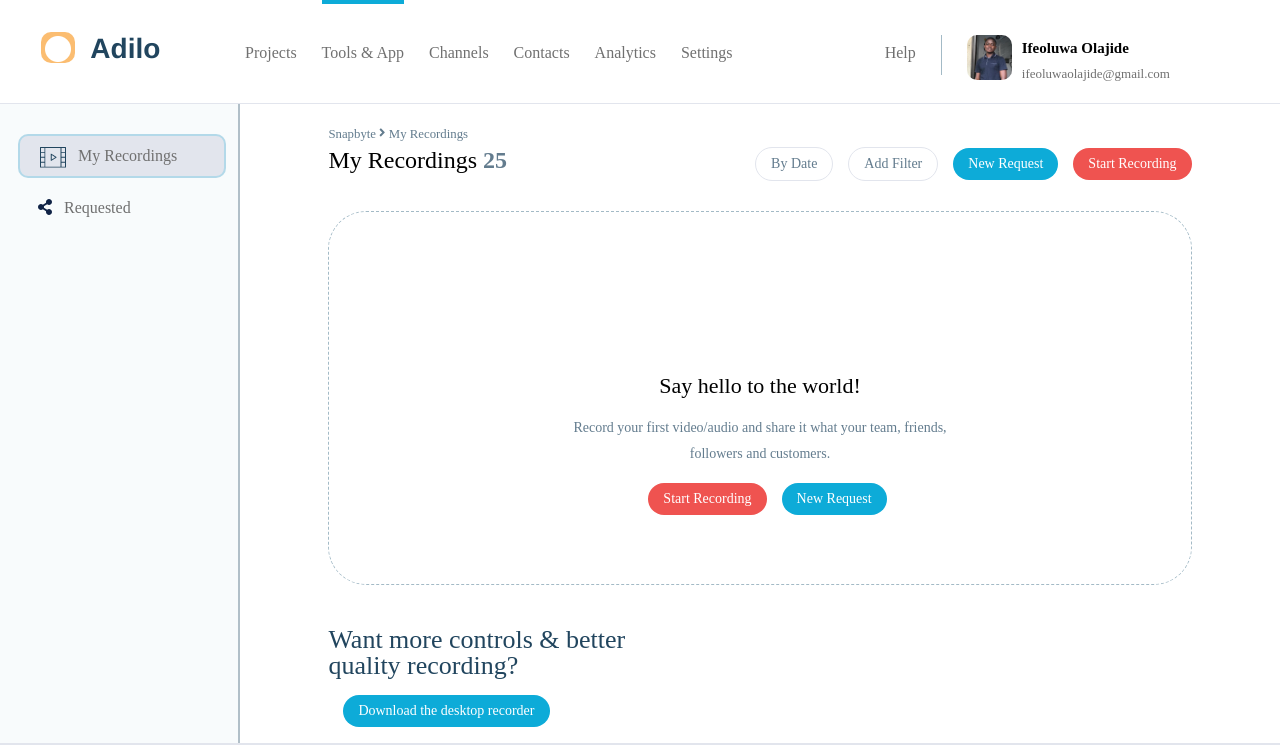
Repository: olhighjay/video_recorder
Page: /
The author's editor kept a copy of each file at every save. The page is drawn from the files as they stood at one save, then again after the next save.
The browser window is 1280 px wide. The pictures show the whole page.
Some web libraries are served in a nearby version. The project was rebuilt for these pictures with package versions that can differ from the ones it lists, and the page was loaded fresh each time. Also part of the build but not shown: vue.config.js.

Above is the page before, as saved 2022-07-29 05:45:15.

### public/index.html
<!DOCTYPE html>
<html lang="">
  <head>
    <meta charset="utf-8">
    <meta http-equiv="X-UA-Compatible" content="IE=edge">
    <meta name="viewport" content="width=device-width,initial-scale=1.0">
    <link rel="icon" href="<%= BASE_URL %>favicon.ico">
    <title><%= htmlWebpackPlugin.options.title %></title>
    <link rel="stylesheet" href="https://cdn.jsdelivr.net/npm/bootstrap@4.0.0/dist/css/bootstrap.min.css" integrity="sha384-Gn5384xqQ1aoWXA+058RXPxPg6fy4IWvTNh0E263XmFcJlSAwiGgFAW/dAiS6JXm" crossorigin="anonymous">
    <link rel="stylesheet" href="https://cdnjs.cloudflare.com/ajax/libs/font-awesome/5.1.0/css/all.css" integrity="sha512-ajhUYg8JAATDFejqbeN7KbF2zyPbbqz04dgOLyGcYEk/MJD3V+HJhJLKvJ2VVlqrr4PwHeGTTWxbI+8teA7snw==" crossorigin="anonymous" referrerpolicy="no-referrer" />
  </head>
  <body>
    <noscript>
      <strong>We're sorry but <%= htmlWebpackPlugin.options.title %> doesn't work properly without JavaScript enabled. Please enable it to continue.</strong>
    </noscript>
    <div id="app"></div>
    <!-- built files will be auto injected -->

    <script src="https://cdnjs.cloudflare.com/ajax/libs/font-awesome/5.1.0/js/all.js" integrity="sha512-vn7pO1RiR0IT5T9K+USTmMfkTaecOtFtCCV0JvT+j8ZPBujq6C3P5J2sHttG7D41pBPqLCih+7lIXamnFodtUw==" crossorigin="anonymous" referrerpolicy="no-referrer"></script>
    <script src="https://code.jquery.com/jquery-3.2.1.slim.min.js" integrity="sha384-KJ3o2DKtIkvYIK3UENzmM7KCkRr/rE9/Qpg6aAZGJwFDMVNA/GpGFF93hXpG5KkN" crossorigin="anonymous"></script>
<script src="https://cdn.jsdelivr.net/npm/popper.js@1.12.9/dist/umd/popper.min.js" integrity="sha384-ApNbgh9B+Y1QKtv3Rn7W3mgPxhU9K/ScQsAP7hUibX39j7fakFPskvXusvfa0b4Q" crossorigin="anonymous"></script>
<script src="https://cdn.jsdelivr.net/npm/bootstrap@4.0.0/dist/js/bootstrap.min.js" integrity="sha384-JZR6Spejh4U02d8jOt6vLEHfe/JQGiRRSQQxSfFWpi1MquVdAyjUar5+76PVCmYl" crossorigin="anonymous"></script>
  </body>
</html>

### src/App.vue
<template>
  <!-- <img alt="Vue logo" src="./assets/logo.png"> -->
  <div>
    <navbar></navbar>
    <div id="main-flex">
      <div class="my-sidebar">
        <ul class="my-sidebar-items">
            <li class="sidebar-item-active"> <img src="./assets/video-player.png" alt=""> &nbsp; My Recordings</li>
            <li> <i class="fa fa-share-alt" style="color:#102346"></i> &nbsp; Requested</li>
        </ul>
      </div>
        <div class="my-main">
          <div class="my-main-container">
            <div><small class="breadcrumbs">Snapbyte <i class="fa fa-angle-right" style="font-weight:200"></i> My Recordings</small></div>
            <div class="subheading-tab">
              <div> <span class="my-recordings">My Recordings </span><span class="my-recordings-count">25</span> </div>
              <div>
                <button class="sub-heading-btn white-btn">By Date</button>
                <button class="sub-heading-btn white-btn">Add Filter</button>
                <button class="sub-heading-btn blue-btn">New Request</button>
                <button class="sub-heading-btn red-btn">Start Recording</button>
              </div>
            </div>
            <div style="border: 1px dashed #A3BAC6; margin-top:30px;
border-radius: 38px;
opacity: 1; padding-top:105.9px; padding-bottom:68.5px">
              <p style="color: #000; font-size: 22px; text-align:center; font-weight:medium; margin-top:56px">Say hello to the world!</p>
              <p style="color: #637C8E; font-size: 14px; text-align:center;">Record your first video/audio and share it what your team, friends, <br />followers and customers.</p>
              <div class="text-center">
                <button class="sub-heading-btn red-btn">Start Recording</button>
                <button class="sub-heading-btn blue-btn">New Request</button>
              </div>
            </div>
            <div class="footer" style="margin-top:42px; margin-bottom: ">
              <div>

              </div>
              <div>
                <p style="font-size: 26px; color:#21455E">Want more controls & better <br />quality recording?</p>
                <button class="sub-heading-btn blue-btn">Download the desktop recorder</button>
              </div>
            </div>
          </div>
        </div>
    </div>
  </div>
</template>

<script>
// import HelloWorld from './components/HelloWorld.vue'
import Navbar from './layouts/Navbar.vue'

export default {
  name: 'App',
  components: {
    Navbar
  }
}
</script>

<style>

#main-flex {
  display: flex;
  width: 100%;
}

.my-sidebar {
  flex: 0 0 240px;
  /* width: 20%; */
  /* height: 100%; */
  background-color: #ebf2f656;
  border-right: 2px solid #21455e54;
  /* border-right: 2px solid #21455E; */
  /* width:250px; */
}
.my-sidebar-items {
  list-style: none;
  padding: 20px 0;
}
.my-sidebar-items>li {
  margin : 10px 12px 10px 18px;
  padding: 7px 20px ;
}
.sidebar-item-active {
  background-color: #E2E5ED;
  border: 2px solid #0DABD838;
  border-radius: 10px;
}





.my-main {
  flex: 1;
  flex-wrap: wrap;
}
.my-main-container {
  padding: 1.5% 8.5%;
}
.subheading-tab {
  display: flex;
  justify-content: space-between;
}
.sub-heading-btn {
  padding: 3px 15px;
  border-radius: 20px;
  margin-left: 15px;
  font-size: 14px;
}
.white-btn {
  border: 1px solid #E2E5ED;
  background-color: white;
  color: #637C8E;
}
.blue-btn {
  border: none;
  background-color: #0DABD8;
  color: #fff;
}
.red-btn {
  border: none;
  background-color: #EF5350;
  color: #fff;
}
.my-recordings, .my-recordings-count {
  font-size: 24px;
  color: #000
}
.my-recordings {
  color: #000
}
.my-recordings-count {
  color: #637C8E;
  font-weight: 600;
}
.breadcrumbs {
  color:#637C8E;
}



#app {
  font-family: Avenir, Helvetica, Arial, sans-serif;
  font: normal normal normal 14px/26px Poppins;
  -webkit-font-smoothing: antialiased;
  -moz-osx-font-smoothing: grayscale;
   /* text-align: center; */
   font-size: 16px;
  color: #707070;
  border-bottom: solid 2px #E2E5ED;
  overflow: hidden;
  /* margin-top: 60px;  */
}


</style>

### src/layouts/Navbar.vue
<template>
    <nav class="">
      <div class="nav-logo-area">
        <div class="nav-logo-area-inner">
          <div class="white-logo-wrap">
            <span class="white-logo-bkg">
            <img alt="Adilo logo" src="../assets/swarm.png">
            </span>
          </div>
          <div class="adilo">Adilo</div>
        </div>
      </div>
      <div class="nav-tab">
        <ul class="my-nav-list">
          <li><a>Projects</a></li>
          <li class="active-nav-item"> <a>Tools & App</a></li>
          <li><a>Channels</a></li>
          <li><a>Contacts</a></li>
          <li><a>Analytics</a></li>
          <li><a>Settings</a></li>
        </ul>
      </div>
      <div class="nav-profile">
        <ul class="my-nav-list">
          <li><a>Help</a></li>
        </ul>
        <div class="profile-info">
          <div class="profile-border"></div>
          <div >
            <img alt="Profile Image" src="../assets/profile.jpg" class="profile-img">
          </div>
          <div style="margin-left:10px">
            <span class="profile-name">Ifeoluwa Olajide </span>
            <p class="profile-email">ifeoluwaolajide@gmail.com</p>
          </div>
        </div>
      </div>
    </nav>
</template>
<script>
export default {
    name: 'NavbarComponent'
}
</script>
<style>
     nav {
    display: flex;
    /* height: 69px; */
    padding: 0 0.032%;
    border-bottom: solid 1px #E2E5ED;
  }

  .nav-logo-area {
    flex: 0 0 16%;
    padding-left: 3.2%;
    padding-top: 19px;
    padding-bottom: 27px;
  }
  .nav-logo-area-inner {
    display: flex;
  }
  .nav-tab {
    flex: 0 0 50%;
  }
  .nav-profile {
    flex: 0 0 34%;
    display: flex;
  }
  .my-nav-list {
    list-style: none;
    padding-top: 40px;
  }
  .my-nav-list>li {
    display: inline;
    margin-right: 25px;
    padding-top: 40px;
  }
  .my-nav-list>li>a {
    text-align: left;
    /* font: normal normal normal 18px/27px Poppins; */
    letter-spacing: 0px;
    color: #707070;
    opacity: 1
  }
  .white-logo-wrap {
    padding-top:16px;
  }
  .white-logo-bkg {
    background-color:#FBBD71;
    padding:7px 4px;
    border-radius:10px;
  }
  .adilo {
    font: normal normal bold 28px/32px Helvetica;
    font-size:28px;
    margin-left:15px;
    font-weight:bold;
    color:#21455E;
    padding-top:14px;
  }
  .profile-info {
    padding-top:35px;
    display:flex;
  }
  .active-nav-item {
    border-top: 6px solid #0DABD8;
  }
  .profile-border {
    border-left: 1px solid #A3BAC6;
    padding-left:25px;
    height:40px;
  }
  .profile-img {
    width:45px; height: 45px;
    border-radius:10px;
  }
  .profile-name {
    font-weight:bold;
    font-size:15px;
    color:black;
  }
  .profile-email {
    font-size:13px;
  }
</style>

Loaded but not shown: src/main.js (common file)

After the next save:
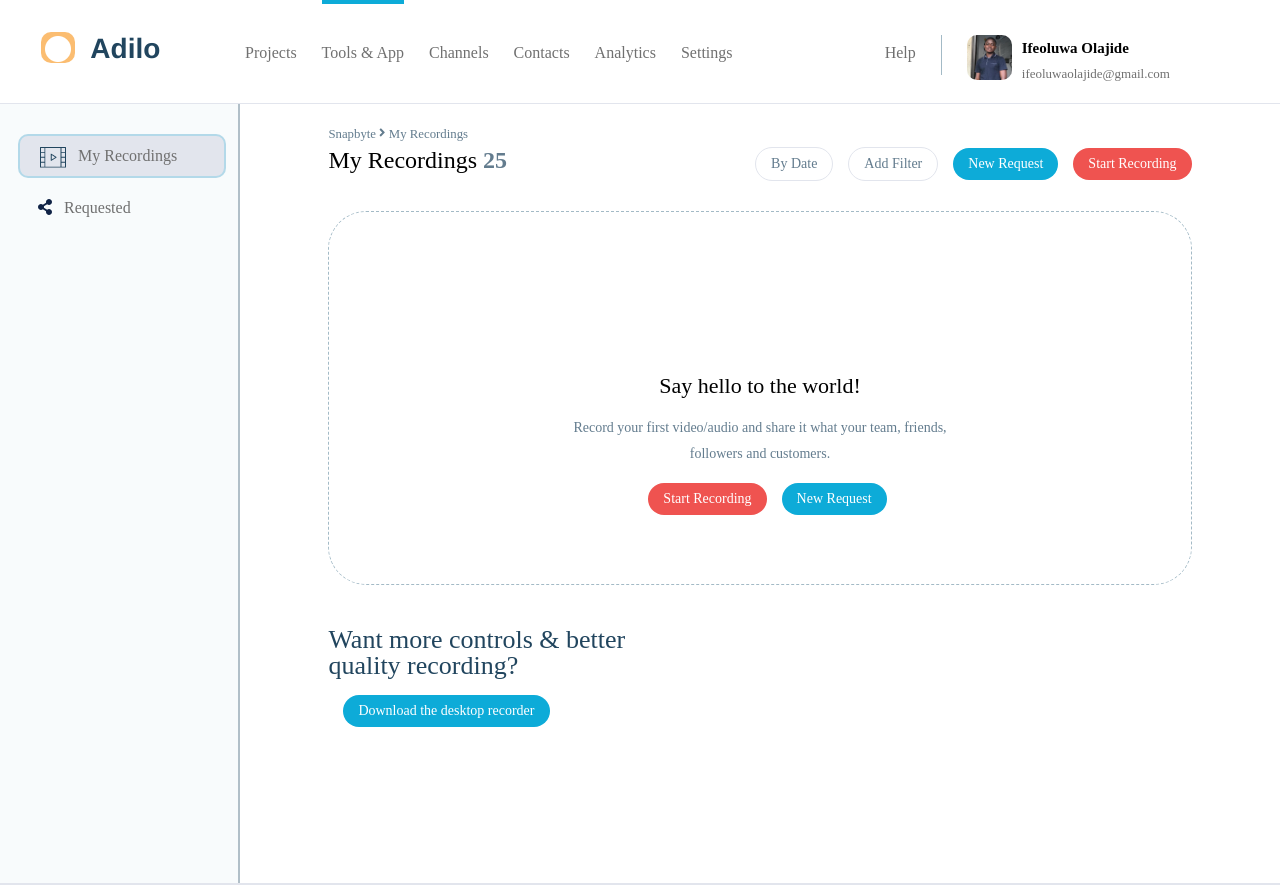
Saved 7 s later.
--- a/src/App.vue
+++ b/src/App.vue
@@ -31,7 +31,7 @@ opacity: 1; padding-top:105.9px; padding-bottom:68.5px">
                 <button class="sub-heading-btn blue-btn">New Request</button>
               </div>
             </div>
-            <div class="footer" style="margin-top:42px; margin-bottom: ">
+            <div class="footer" style="margin-top:42px; margin-bottom: 140px">
               <div>
 
               </div>
